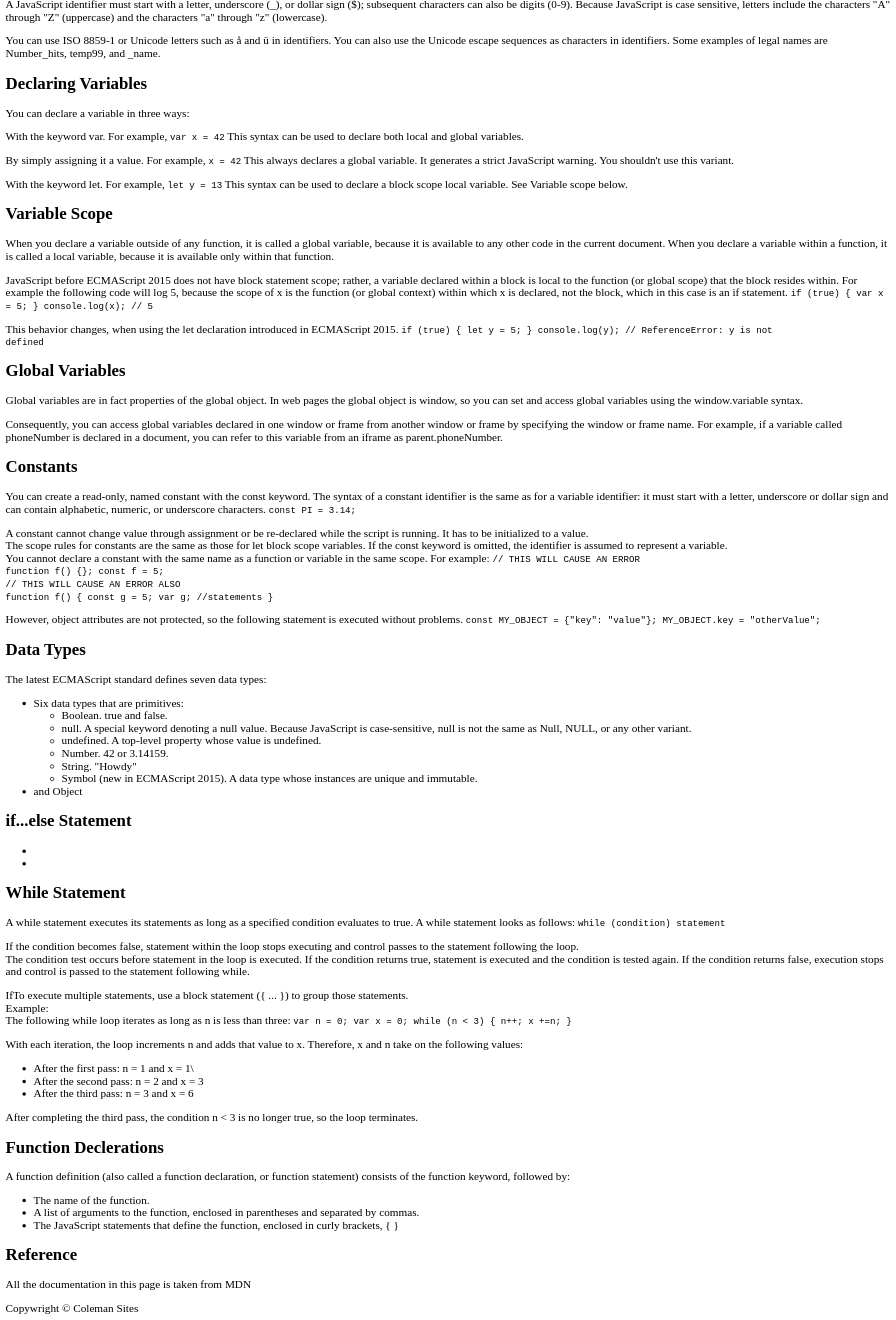
Repository: ctcoleman/technicalDocumentationPage
Page: index.html
An editor plug-in stored every save of this project. The page is shown before and after a run of saves, followed by the edit.
The browser window is 1280 px wide. The pictures show the part of the page from y = 1229 to 3149 px (the page is 3115 px tall before and 3149 px after), at 70% of full size.

Above is the page before, as saved 2020-07-09 22:20:30.

### index.html
<!DOCTYPE html>
<html lang="en">

<head>
  <meta charset="UTF-8">
  <meta name="viewport" content="width=device-width, initial-scale=1.0">
  <title>FCC: Technical Documentation Page</title>
</head>

<body>


  <header>
    <h1 id="main-heading">JS Technical Documentation Page</h1>
    <nav id="navbar">
      <ul>
        <li>
          <a href="#introduction">Introduction</a>
        <li>
          <a href="#whatYouShouldKnowAlready">What you should already know!</a>
        <li>
          <a href="#javascriptAndJava">JavaScript and Java</a>
        <li>
          <a href="#helloWorld">Hello World</a>
        <li>
          <a href="#variables">Variables</a>
        </li>
        <li>
          <a href="#declaringVariable">Declaring Variable</a>
        </li>
        <li>
          <a href="#variableScopes">Variable Scope</a>
        </li>
        <li>
          <a href="#globalVariables">Global Variables</a>
        </li>
        <li>
          <a href="#constants">Constants</a>
        </li>
        <li>
          <a href="#dataTypes">Data Types</a>
        </li>
        <li>
          <a href="#ifElseStatements">if...else Statement</a>
        </li>
        <li>
          <a href="#whileStatements">While Statement</a>
        </li>
        <li>
          <a href="#functionDeclerations">Function Declerations</a>
        </li>
        <li>
          <a href="#reference">Reference</a>
        </li>
      </ul>
    </nav>
  </header>

  <main id="main-doc">


    <section class="main-section" id="Introduction">
      <h2 class="topic-header">Introduction</h2>
      <article>
        <p>
          JavaScript is a cross-platform, object-oriented scripting language. It is a small and lightweight language.
          Inside a
          host environment (for example, a web browser), JavaScript can be connected to the objects of its environment
          to provide
          programmatic control over them.
        </p>
        <p>
          JavaScript contains a standard library of objects, such as Array, Date, and Math, and a core set of language
          elements
          such as operators, control structures, and statements. Core JavaScript can be extended for a variety of
          purposes by
          supplementing it with additional objects; for example:
        <ul>
          <li>Client-side JavaScript extends the core language by supplying objects to control a browser and its
            Document Object Model
            (DOM). For example, client-side extensions allow an application to place elements on an HTML form and
            respond to user
            events such as mouse clicks, form input, and page navigation.</li>
          <li>Server-side JavaScript extends the core language by supplying objects relevant to running JavaScript on a
            server. For
            example, server-side extensions allow an application to communicate with a database, provide continuity of
            information
            from one invocation to another of the application, or perform file manipulations on a server.</li>
        </ul>
        </p>
      </article>
    </section>

    <section class="main-section" id="whatYouShouldAlreadyKnow">
      <h2 class="topic-header">What you should already know</h2>
      <article>
        <p>
          This guide assumes you have the following basic background:
        <ul>
          <li>A general understanding of the Internet and the World Wide Web (WWW).
          </li>
          <li>Good working knowledge of HyperText Markup Language (HTML).
          </li>
          <li>Some programming experience. If you are new to programming, try one of the tutorials linked on the main
            page about
            JavaScript.
          </li>
        </ul>
        </p>
      </article>
    </section>

    <section class="main-section" id="javaScriptAndJava">
      <h2 class="topic-header">JavaScript and Java</h2>
      <article>
        <p>
          JavaScript and Java are similar in some ways but fundamentally different in some others. The JavaScript
          language
          resembles Java but does not have Java's static typing and strong type checking. JavaScript follows most Java
          expression
          syntax, naming conventions and basic control-flow constructs which was the reason why it was renamed from
          LiveScript to
          JavaScript.
        </p>
        <p>
          In contrast to Java's compile-time system of classes built by declarations, JavaScript supports a runtime
          system based
          on a small number of data types representing numeric, Boolean, and string values. JavaScript has a
          prototype-based
          object model instead of the more common class-based object model. The prototype-based model provides dynamic
          inheritance; that is, what is inherited can vary for individual objects. JavaScript also supports functions
          without any
          special declarative requirements. Functions can be properties of objects, executing as loosely typed methods.
        </p>
        <p>
          JavaScript is a very free-form language compared to Java. You do not have to declare all variables, classes, and
          methods. You do not have to be concerned with whether methods are public, private, or protected, and you do not have to
          implement interfaces. Variables, parameters, and function return types are not explicitly typed.
        </p>
      </article>
    </section>

    <section class="main-section" id="helloWorld">
      <h2 class="topic-header">Hello World</h2>
      <article>
        <p>
          To get started with writing JavaScript, open the Scratchpad and write your first "Hello world" JavaScript code:
        </p>
        <code>
          function greetMe(yourName) { alert("Hello " + yourName); }<br>
          greetMe("World");
        </code>
        <p>
          Select the code in the pad and hit Ctrl+R to watch it unfold in your browser!
        </p>
      </article>
    </section>

    <section class="main-section" id="variables">
      <h2 class="topic-header">Variables</h2>
      <article>
        <p>
        You use variables as symbolic names for values in your application. The names of variables, called identifiers, conform
        to certain rules.
        </p>
        <p>
          A JavaScript identifier must start with a letter, underscore (_), or dollar sign ($); subsequent characters can also be
          digits (0-9). Because JavaScript is case sensitive, letters include the characters "A" through "Z" (uppercase) and the
          characters "a" through "z" (lowercase).
        </p>
        <p>
          You can use ISO 8859-1 or Unicode letters such as å and ü in identifiers. You can also use the Unicode escape sequences
          as characters in identifiers. Some examples of legal names are Number_hits, temp99, and _name.
        </p>
      </article>
    </section>

    <section class="main-section" id="declaringVariables">
      <h2 class="topic-header">Declaring Variables</h2>
      <article>
        <p>
        You can declare a variable in three ways:
        </p>
        <p>
          With the keyword var. For example,
          <code> var x = 42</code>
          This syntax can be used to declare both local and global variables.
        </p>
        <p>
        By simply assigning it a value. For example,
        <code>x = 42</code>
        This always declares a global variable. It generates a strict JavaScript warning. You shouldn't use this variant.
        </p>
        <p>
          With the keyword let. For example,
          <code>let y = 13</code>
          This syntax can be used to declare a block scope local variable. See Variable scope below.
        </p>
      </article>
    </section>

    <section class="main-section" id="variableScope">
      <h2 class="topic-header">Variable Scope</h2>
      <article>
        <p>
          When you declare a variable outside of any function, it is called a global variable, because it is available to any
          other code in the current document. When you declare a variable within a function, it is called a local variable,
          because it is available only within that function.
        </p>
        <p>
          JavaScript before ECMAScript 2015 does not have block statement scope; rather, a variable declared within a block is
          local to the function (or global scope) that the block resides within. For example the following code will log 5,
          because the scope of x is the function (or global context) within which x is declared, not the block, which in this case
          is an if statement.
          <code>if (true) { var x = 5; } console.log(x); // 5</code>
        </p>
        <p>
          This behavior changes, when using the let declaration introduced in ECMAScript 2015.
          <code>if (true) { let y = 5; } console.log(y); // ReferenceError: y is not<br>
          defined</code>
        </p>
      </article>
    </section>

    <section class="main-section" id="globalVariables">
      <h2 class="topic-header">Global Variables</h2>
      <article>
        <p>
          Global variables are in fact properties of the global object. In web pages the global object is window, so you can set
          and access global variables using the window.variable syntax.
        </p>
        <p>
          Consequently, you can access global variables declared in one window or frame from another window or frame by specifying
          the window or frame name. For example, if a variable called phoneNumber is declared in a document, you can refer to this
          variable from an iframe as parent.phoneNumber.
        </p>
      </article>
    </section>

    <section class="main-section" id="constants">
      <h2 class="topic-header">Constants</h2>
      <article>
        <p>
          You can create a read-only, named constant with the const keyword. The syntax of a constant identifier is the same as
          for a variable identifier: it must start with a letter, underscore or dollar sign and can contain alphabetic, numeric,
          or underscore characters.
          <code>const PI = 3.14;</code>
        </p>
        <p>
          A constant cannot change value through assignment or be re-declared while the script is running. It has to be
          initialized to a value.
          <br>
          The scope rules for constants are the same as those for let block scope variables. If the const keyword is omitted, the
          identifier is assumed to represent a variable.
          <br>
          You cannot declare a constant with the same name as a function or variable in the same scope. For example:
          <code>
            // THIS WILL CAUSE AN ERROR<br> function f() {}; const f = 5;<br> // THIS WILL
            CAUSE AN ERROR ALSO<br> function f() { const g = 5; var g; //statements
            }
          </code>
        </p>
        <p>
          However, object attributes are not protected, so the following statement is executed without problems.

          <code>
            const MY_OBJECT = {"key": "value"}; MY_OBJECT.key = "otherValue";
          </code>
        </p>
      </article>
    </section>

    <section class="main-section" id="dataTypes">
      <h2 class="topic-header">Data Types</h2>
      <article>
        <p>
          The latest ECMAScript standard defines seven data types:
        <ul>
          <li>Six data types that are primitives:</li>
            <ul>
              <li>Boolean. true and false.</li>
              <li>null. A special keyword denoting a null value. Because JavaScript is case-sensitive, null is not the same as Null, NULL,
              or any other variant.</li>
              <li>undefined. A top-level property whose value is undefined.</li>
              <li>Number. 42 or 3.14159.</li>
              <li>String. "Howdy"</li>
              <li>Symbol (new in ECMAScript 2015). A data type whose instances are unique and immutable.</li>
            </ul>
          <li>and Object</li>
        </ul>
        </p>
        <p>

        </p>
      </article>
    </section>

    <section class="main-section" id="ifElseStatements">
      <h2 class="topic-header">if...else Statement</h2>
      <article>
        <p>
        <ul>
          <li></li>
          <li></li>
        </ul>
        </p>
        <p>

        </p>
      </article>
    </section>

    <section class="main-section" id="whileStatements">
      <h2 class="topic-header">While Statement</h2>
      <article>
        <p>
          A while statement executes its statements as long as a specified condition evaluates to true. A while statement looks as
          follows:
          <code>while (condition) statement</code>
        </p>
        <p>
          If the condition becomes false, statement within the loop stops executing and control passes to the statement following the loop.
          <br>
          The condition test occurs before statement in the loop is executed. If the condition returns true, statement is executed and the condition is tested again. If the condition returns false, execution stops and control is passed to the statement following while.
        </p>
        <p>
          IfTo execute multiple statements, use a block statement ({ ... }) to group those statements.
          <br>
          Example:
          <br>
          The following while loop iterates as long as n is less than three:
          <code>
            var n = 0; var x = 0; while (n < 3) { n++; x +=n; }
          </code>
        </p>
        <p>
          With each iteration, the loop increments n and adds that value to x. Therefore, x and n take on the following values:
          <ul>
            <li>
              After the first pass: n = 1 and x = 1\
            </li>
            <li>
              After the second pass: n = 2 and x = 3
            </li>
            <li>
              After the third pass: n = 3 and x = 6
            </li>
          </ul>
          After completing the third pass, the condition n < 3 is no longer true, so the loop terminates.
        </p>
      </article>
    </section>

    <section class="main-section" id="functionDeclerations">
      <h2 class="topic-header">Function Declerations</h2>
      <article>
        <p>
          A function definition (also called a function declaration, or function statement) consists of the function keyword, followed by:
        <ul>
          <li>The name of the function.</li>
          <li>A list of arguments to the function, enclosed in parentheses and separated by commas.</li>
          <li>The JavaScript statements that define the function, enclosed in curly brackets, { }</li>
        </ul>
        </p>

        <p>

        </p>
      </article>
    </section>

    <section class="main-section" id="reference">
      <h2 class="topic-header">Reference</h2>
      <article>
        <p>
          All the documentation in this page is taken from MDN
        </>
      </article>
    </section>

    <footer id="footer-wrapper">
      <span>Copywright &copy; Coleman Sites</span>
    </footer>
  </main>
</body>

</html>

After the next 2 saves:
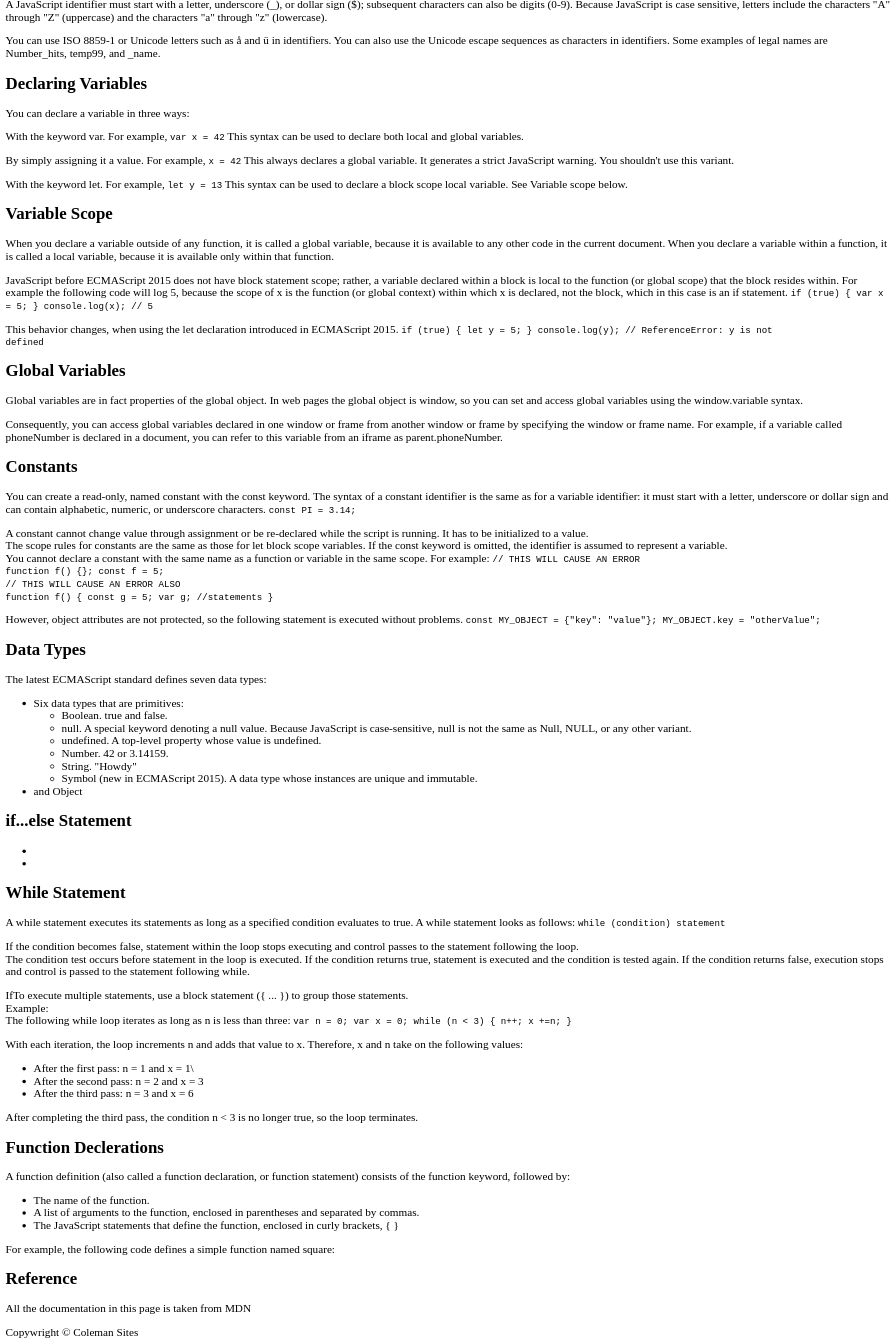
The 2 saves are shown as one change because they came seconds apart.
The last was saved 5 s later.
--- a/index.html
+++ b/index.html
@@ -362,6 +362,7 @@
           <li>The JavaScript statements that define the function, enclosed in curly brackets, { }</li>
         </ul>
         </p>
+        For example, the following code defines a simple function named square:
 
         <p>
 
